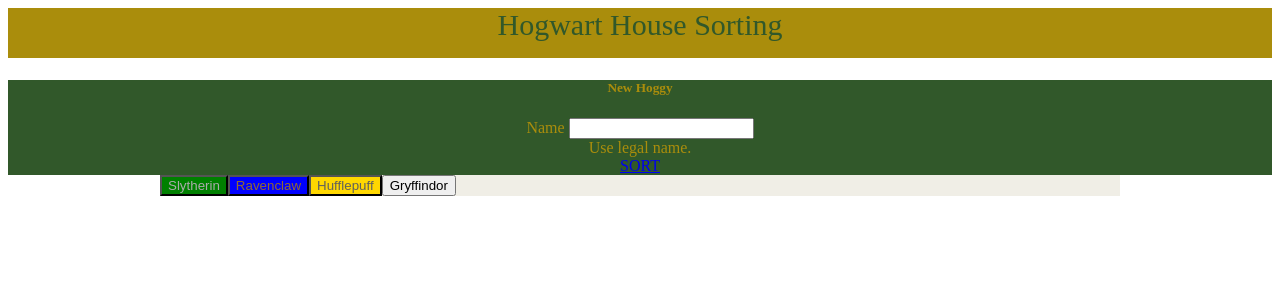
Repository: ZamlZam/INDIVIDUAL-PROJECT-sorting-hat
Page: index.html
These files come from the project's save history. The page is drawn as it stood at one moment and after the next save; the edit follows.
The browser window is 1280 px wide. The pictures show the whole page.

Above is the page before, as saved 2023-04-29 12:29:18.

After the next save:
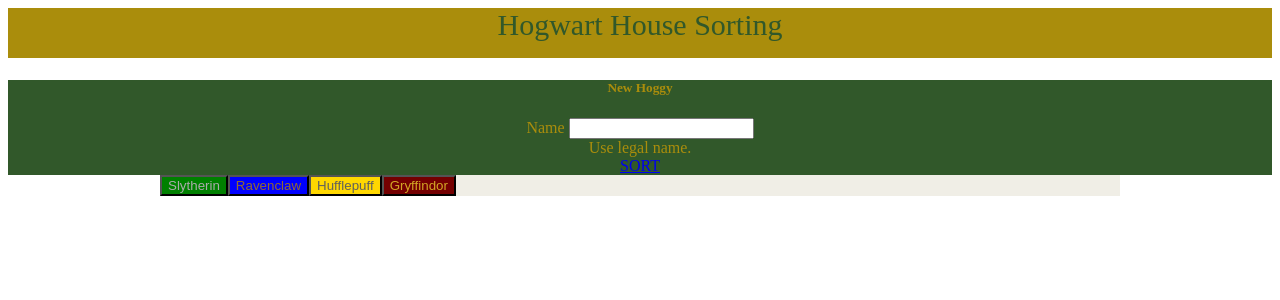
Saved 5 s later.
--- a/index.html
+++ b/index.html
@@ -32,7 +32,7 @@
         <button type="button" class= "one btn btn-outline-dark">Slytherin</button>
         <button type="button" class="two btn btn-outline-dark">Ravenclaw</button>
         <button type="button" class="three btn btn-outline-dark">Hufflepuff</button>
-        <button type="button" class="btn btn-outline-dark">Gryffindor</button>
+        <button type="button" class="four btn btn-outline-dark">Gryffindor</button>
         <!-- <li class="box one">
           <a class="nav-Slytherin" href="#">Slytherin</a>
         </li>
